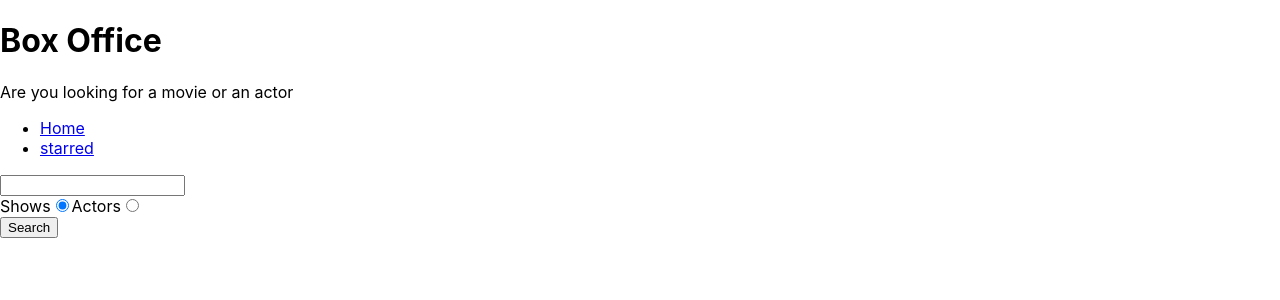
Repository: bharath2990/box-office
Page: /
An editor plug-in stored every save of this project. The page is shown before and after the next save, followed by the edit.
The browser window is 1280 px wide. The pictures show the whole page.
The project was rebuilt for these pictures with package versions that can differ from the ones it lists, and the page was loaded fresh each time. A package was used in the major version that the imports need, not the one package.json lists. Also part of the build but not shown: src/components/actor/ActorCard.jsx, src/components/actor/ActorGrid.jsx, src/components/show/ShowCard.jsx, src/components/show/ShowGrid.jsx. Imported but missing from the stored project, and not drawn on this page: src/pages/Starred.

Above is the page before, as saved 2022-11-25 15:36:09.

After the next save:
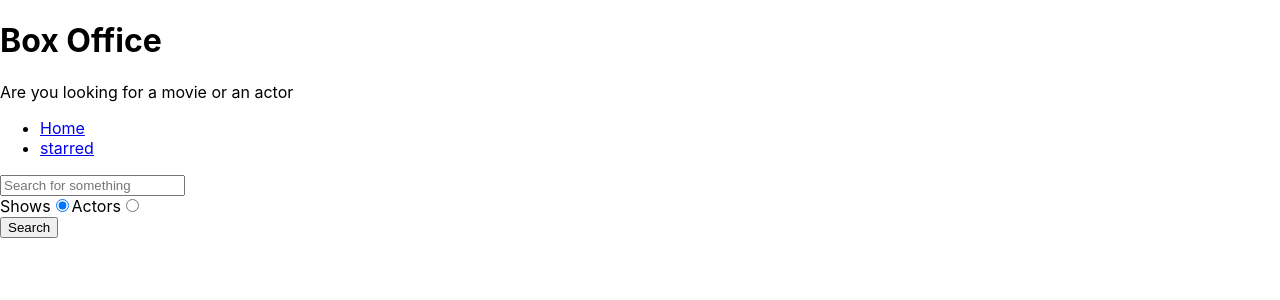
Saved 76 s later.
--- a/src/pages/Home.jsx
+++ b/src/pages/Home.jsx
@@ -1,20 +1,24 @@
 import React, { useState } from 'react';
+import MainPageLayout from '../components/MainPageLayout';
+import { apiGet } from '../misc/config';
+import ShowGrid from '../components/show/ShowGrid';
 import ActorGrid from '../components/actor/ActorGrid';
-import MainPageLayout from '../components/MainPageLayout';
-import ShowGrid from '../components/show/ShowGrid';
-import { apiGet } from '../misc/config';
 
 const Home = () => {
   const [input, setInput] = useState('');
   const [results, setResults] = useState(null);
   const [searchOption, setSearchOption] = useState('shows');
-  const isShowSearch = searchOption === 'shows';
+
+  const isShowsSearch = searchOption === 'shows';
 
   const onSearch = () => {
-    // https://api.tvmaze.com/search/shows?q=men
-    apiGet(`/search/shows?q=${input}`).then(result => {
+    apiGet(`/search/${searchOption}?q=${input}`).then(result => {
       setResults(result);
     });
+  };
+
+  const onInputChange = ev => {
+    setInput(ev.target.value);
   };
 
   const onKeyDown = ev => {
@@ -27,14 +31,11 @@ const Home = () => {
     setSearchOption(ev.target.value);
   };
 
-  const onInputChange = ev => {
-    setInput(ev.target.value);
-  };
-
   const renderResults = () => {
     if (results && results.length === 0) {
       return <div>No results</div>;
     }
+
     if (results && results.length > 0) {
       return results[0].show ? (
         <ShowGrid data={results} />
@@ -42,6 +43,7 @@ const Home = () => {
         <ActorGrid data={results} />
       );
     }
+
     return null;
   };
 
@@ -49,29 +51,31 @@ const Home = () => {
     <MainPageLayout>
       <input
         type="text"
+        placeholder="Search for something"
         onChange={onInputChange}
+        onKeyDown={onKeyDown}
         value={input}
-        onKeyDown={onKeyDown}
       />
 
       <div>
         <label htmlFor="shows-search">
           Shows
           <input
+            id="shows-search"
             type="radio"
-            id="shows-search"
             value="shows"
-            checked={isShowSearch}
+            checked={isShowsSearch}
             onChange={onRadioChange}
           />
         </label>
+
         <label htmlFor="actors-search">
           Actors
           <input
+            id="actors-search"
             type="radio"
-            id="actors-search"
             value="people"
-            checked={!isShowSearch}
+            checked={!isShowsSearch}
             onChange={onRadioChange}
           />
         </label>
